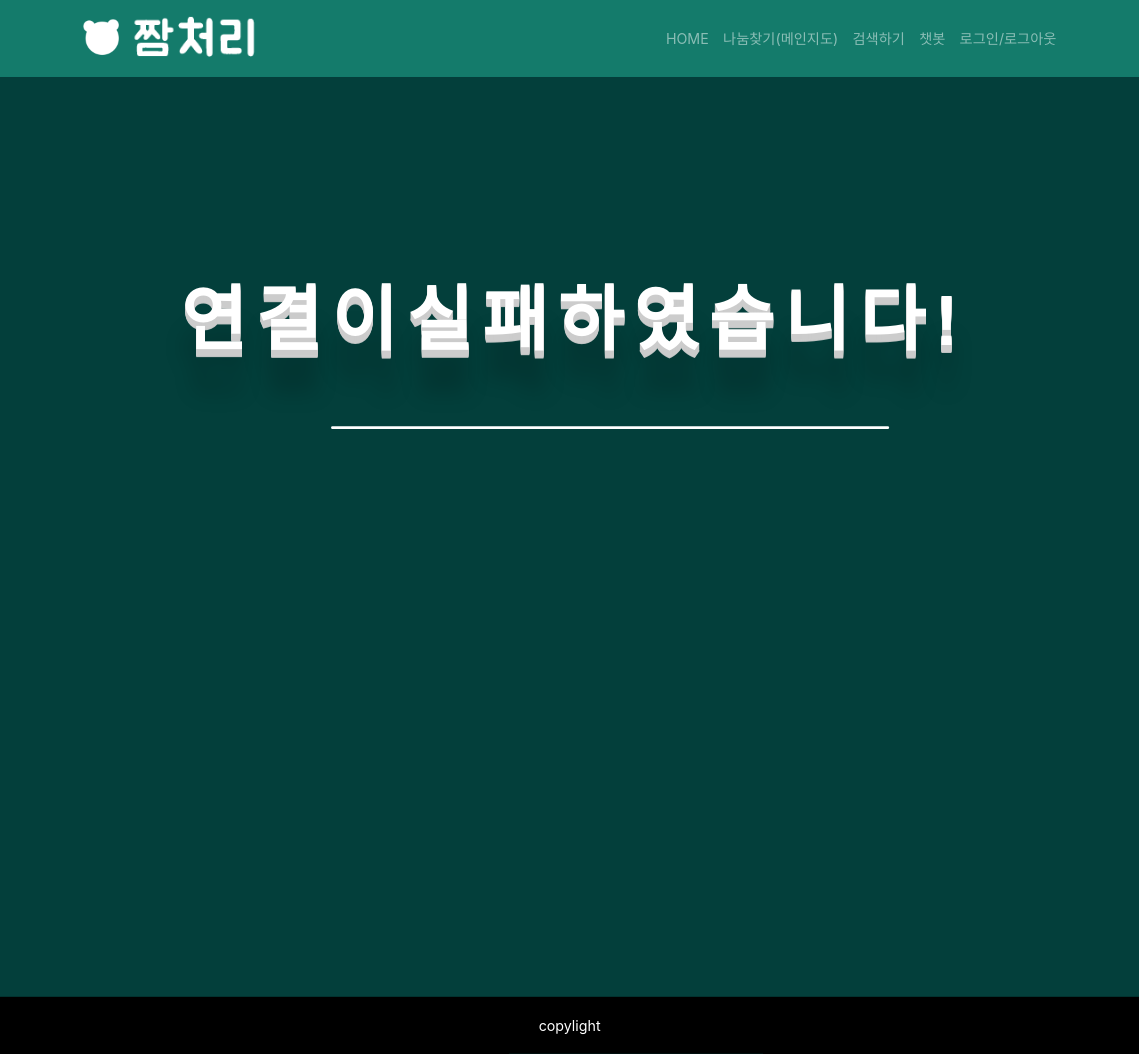
Repository: navang/JJAM_project
Page: http://localhost/jjam/jjam_7_result_fail.jsp
The author's editor kept a copy of each file at every save. The page is drawn from the files as they stood at one save, then again after the next save.
The browser window is 1280 px wide. The pictures show the whole page, at 89% of full size.
Some web fonts or font styles are not loaded; a fallback is used. Some web libraries are served in a nearby version. The page is served by Tomcat 9. Nobody is signed in. The application's start-up code is not run.

Above is the page before, as saved 2019-07-18 03:14:06.

After the next save:
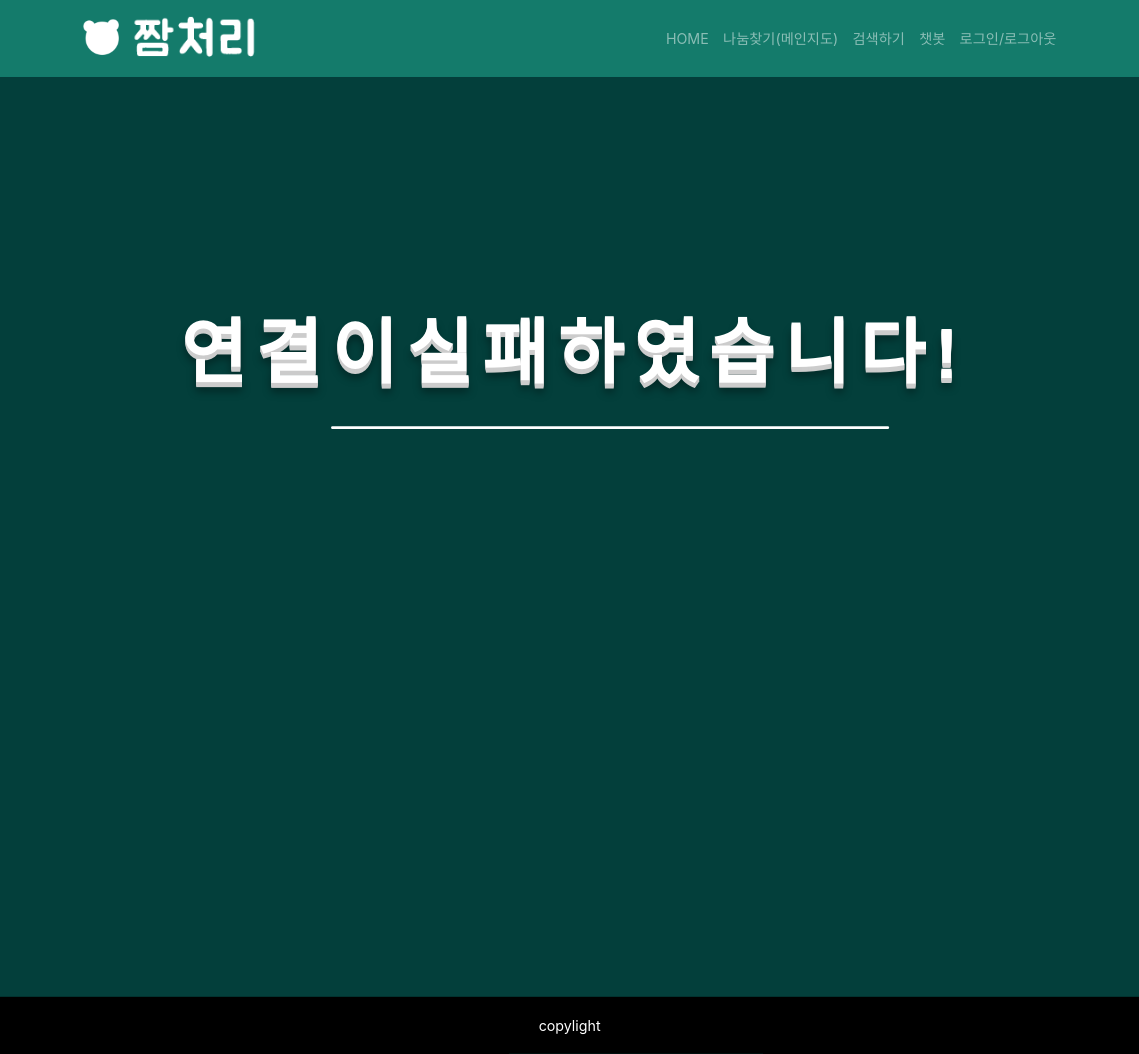
Saved 23 s later.
--- a/jjam/src/main/webapp/resources/style/fail.css
+++ b/jjam/src/main/webapp/resources/style/fail.css
@@ -25,7 +25,7 @@ h1 span {
   position: relative;
   top: 20px;
   display: inline-block;
-  animation: bounce .3s ease infinite alternate;
+  /*animation: bounce .3s ease infinite alternate;*/
   font-family: NanumSquareR, sans-serif;
   font-size: 80px;
   color: #FFF;
